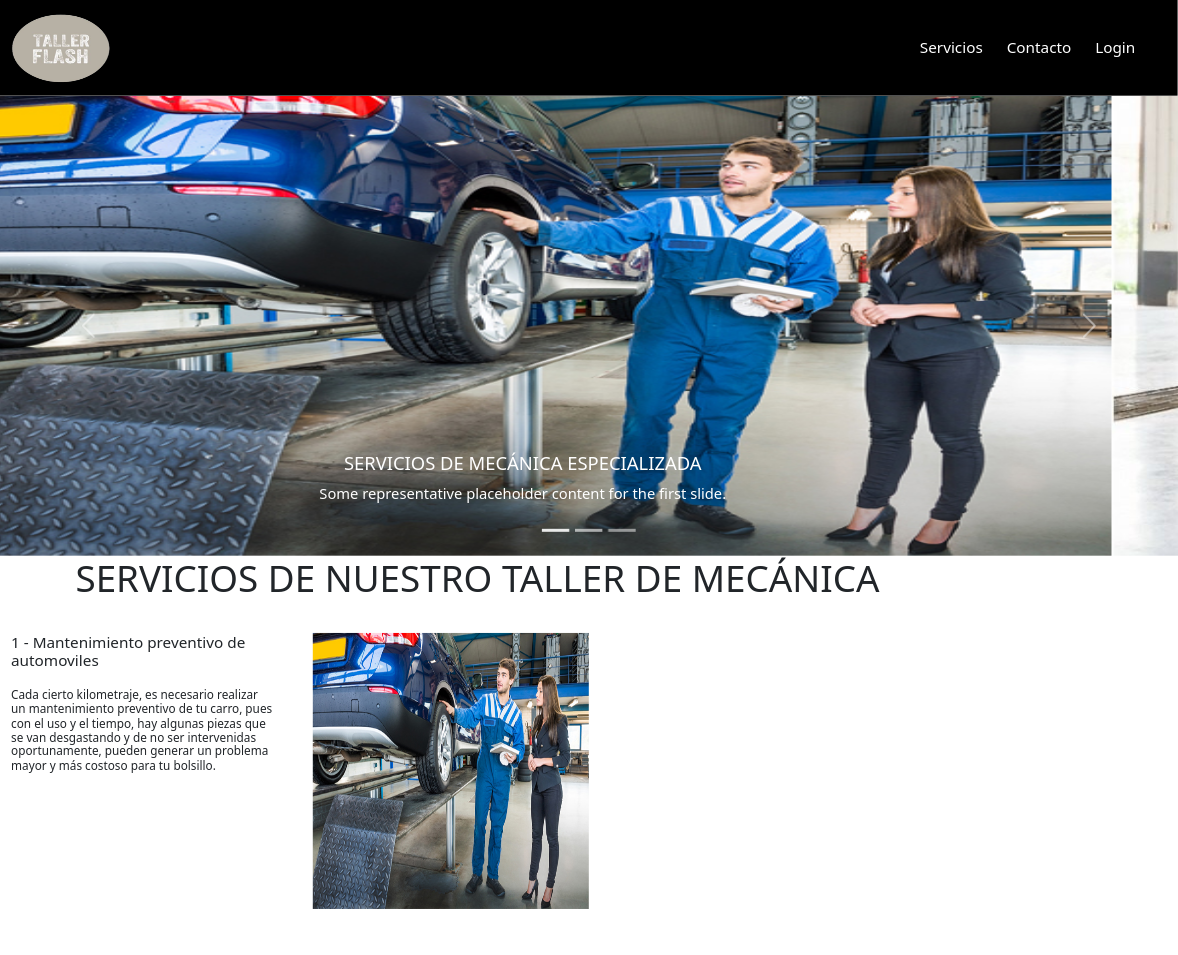
Repository: nder1996/Boostrap.Taller.Arquitectura
Page: Index.html
An editor plug-in stored every save of this project. The page is shown before and after a run of saves, followed by the edit.
The browser window is 1280 px wide. The pictures show the whole page, at 92% of full size.

Above is the page before, as saved 2021-07-23 06:37:01.

### Index.html
<!DOCTYPE html>
<html lang="en">

<head>
	<meta charset="UTF-8">
	<meta name="viewport" content="width=device-width, initial-scale=1.0">
	<link rel="shortcut icon" href="img/Logo.png">
	<link href="https://cdn.jsdelivr.net/npm/bootstrap@5.0.2/dist/css/bootstrap.min.css" rel="stylesheet"
		integrity="sha384-EVSTQN3/azprG1Anm3QDgpJLIm9Nao0Yz1ztcQTwFspd3yD65VohhpuuCOmLASjC" crossorigin="anonymous">
	<link rel="stylesheet" href="https://cdnjs.cloudflare.com/ajax/libs/font-awesome/5.15.3/css/all.min.css"
		integrity="sha512-iBBXm8fW90+nuLcSKlbmrPcLa0OT92xO1BIsZ+ywDWZCvqsWgccV3gFoRBv0z+8dLJgyAHIhR35VZc2oM/gI1w=="
		crossorigin="anonymous" referrerpolicy="no-referrer" />
	<link rel="stylesheet" href="css/style.css">
	<title>Taller Automotriz</title>
</head>

<body>

	<nav class="navbar navbar-expand-lg navbar-light">
		<div class="container-fluid">
			<a class="navbar-brand" href="#"><img src="img/Logo.png" alt="" style='width: 110px; height: 78px;'></a>
			<button class="navbar-toggler" type="button" data-bs-toggle="collapse" data-bs-target="#navbarNav"
				aria-controls="navbarNav" aria-expanded="false" aria-label="Toggle navigation">
				<span class="navbar-toggler-icon"></span>
			</button>
			<div class="collapse navbar-collapse" id="navbarNav">
				<ul class="navbar-nav ms-auto">
					<li class="nav-item">
						<a class="nav-link active" aria-current="page" href="#">Servicios</a>
					</li>
					<li class="nav-item">
						<a class="nav-link" href="#">Contacto</a>
					</li>
					<li class="nav-item">
						<a class="nav-link" href="#">Login</a>
					</li>
				</ul>
			</div>
		</div>
	</nav>
	<div id="carouselExampleCaptions" class="carousel slide" data-bs-ride="carousel">
		<div class="carousel-indicators">
			<button type="button" data-bs-target="#carouselExampleCaptions" data-bs-slide-to="0" class="active"
				aria-current="true" aria-label="Slide 1"></button>
			<button type="button" data-bs-target="#carouselExampleCaptions" data-bs-slide-to="1"
				aria-label="Slide 2"></button>
			<button type="button" data-bs-target="#carouselExampleCaptions" data-bs-slide-to="2"
				aria-label="Slide 3"></button>
		</div>
		<div class="carousel-inner">
			<div class="carousel-item active">
				<img src="img/Mantenimiento_1.jpg" class="d-block w-100" alt="...">
				<div class="carousel-caption d-none d-md-block">
					<h5>SERVICIOS DE MECÁNICA
						ESPECIALIZADA</h5>
					<p>Some representative placeholder content for the first slide.</p>
				</div>
			</div>
			<div class="carousel-item">
				<img src="img/Mantenimiento_3.png" class="d-block w-100" alt="...">
				<div class="carousel-caption d-none d-md-block">
					<h5>SERVICIOS DE MECÁNICA
						ESPECIALIZADA</h5>
					<p>Some representative placeholder content for the second slide.</p>
				</div>
			</div>
			<div class="carousel-item">
				<img src="img/Mantenimiento_2.png" class="d-block w-100" alt="...">
				<div class="carousel-caption d-none d-md-block">
					<h5>Third slide label</h5>
					<p>Some representative placeholder content for the third slide.</p>
				</div>
			</div>
		</div>
		<button class="carousel-control-prev" type="button" data-bs-target="#carouselExampleCaptions"
			data-bs-slide="prev">
			<span class="carousel-control-prev-icon" aria-hidden="true"></span>
			<span class="visually-hidden">Previous</span>
		</button>
		<button class="carousel-control-next" type="button" data-bs-target="#carouselExampleCaptions"
			data-bs-slide="next">
			<span class="carousel-control-next-icon" aria-hidden="true"></span>
			<span class="visually-hidden">Next</span>
		</button>
	</div>
	<div class="container-sm">
		<h1>SERVICIOS DE NUESTRO TALLER DE MECÁNICA</h1>
		<p>

		</p>
	</div>

	<div class="Servicios container-fluid">
		<div class="Servicio" id="Servicio_1">
			<br> <br>
				<h1>1 - Mantenimiento preventivo de automoviles <br> <br>
					<p>
						Cada cierto kilometraje, es necesario realizar un mantenimiento preventivo de tu carro, pues con
						el uso
						y el tiempo, hay algunas piezas que se van desgastando y de no ser intervenidas oportunamente,
						pueden
						generar un problema mayor y más costoso para tu bolsillo.
					</p>
				</h1>
				<br>
				<img src="img/Mantenimiento_1.jpg" alt="" width="300px" height="300px">



	<!--	<button>Más Información</button>
-->



		</div>


	</div>
	<!--
		<div><img src="img/Mantenimiento_2.png" alt="" width="300px" height="300px"></div>
		<div><img src="img/Mantenimiento_3.png" alt="" width="300px" height="300px"></div>
		<div><img src="img/Mantenimiento_4.png" alt="" width="300px" height="300px"></div>
		-->











	<script src="https://cdn.jsdelivr.net/npm/bootstrap@5.0.2/dist/js/bootstrap.bundle.min.js"
		integrity="sha384-MrcW6ZMFYlzcLA8Nl+NtUVF0sA7MsXsP1UyJoMp4YLEuNSfAP+JcXn/tWtIaxVXM" crossorigin="anonymous">
	</script>
	<script src="https://cdnjs.cloudflare.com/ajax/libs/jquery/3.6.0/jquery.min.js"
		integrity="sha512-894YE6QWD5I59HgZOGReFYm4dnWc1Qt5NtvYSaNcOP+u1T9qYdvdihz0PPSiiqn/+/3e7Jo4EaG7TubfWGUrMQ=="
		crossorigin="anonymous" referrerpolicy="no-referrer"></script>
</body>

</html>

### css/style.css
nav{
    background-color: black !important;
}

nav li{
    position:relative;
    margin-left: 10px;
    left:-10%;
}

nav li a{
    color:white !important;
    font-size: 1.3vw;
}

.carousel-inner{
    position:relative;
    width: 100%;
    height: 500px;
}

.carousel-item img{
    position:relative;
    width: 100%;
    height: 500px;
}

.Servicios{
    position:relative;

}

.Servicios .Servicio{
    position:relative;
    display: flex;
    width: 50%;
    height: 350px;
    top:20px
}

.Servicios div h1{
    position:relative;
    text-align: left;
    font-size: 1.3vw;
    width: 60%;

}

.Servicios div p{
    position:relative;
    font-size: 1vw;
    width: 87%;
}

After the next 2 saves:
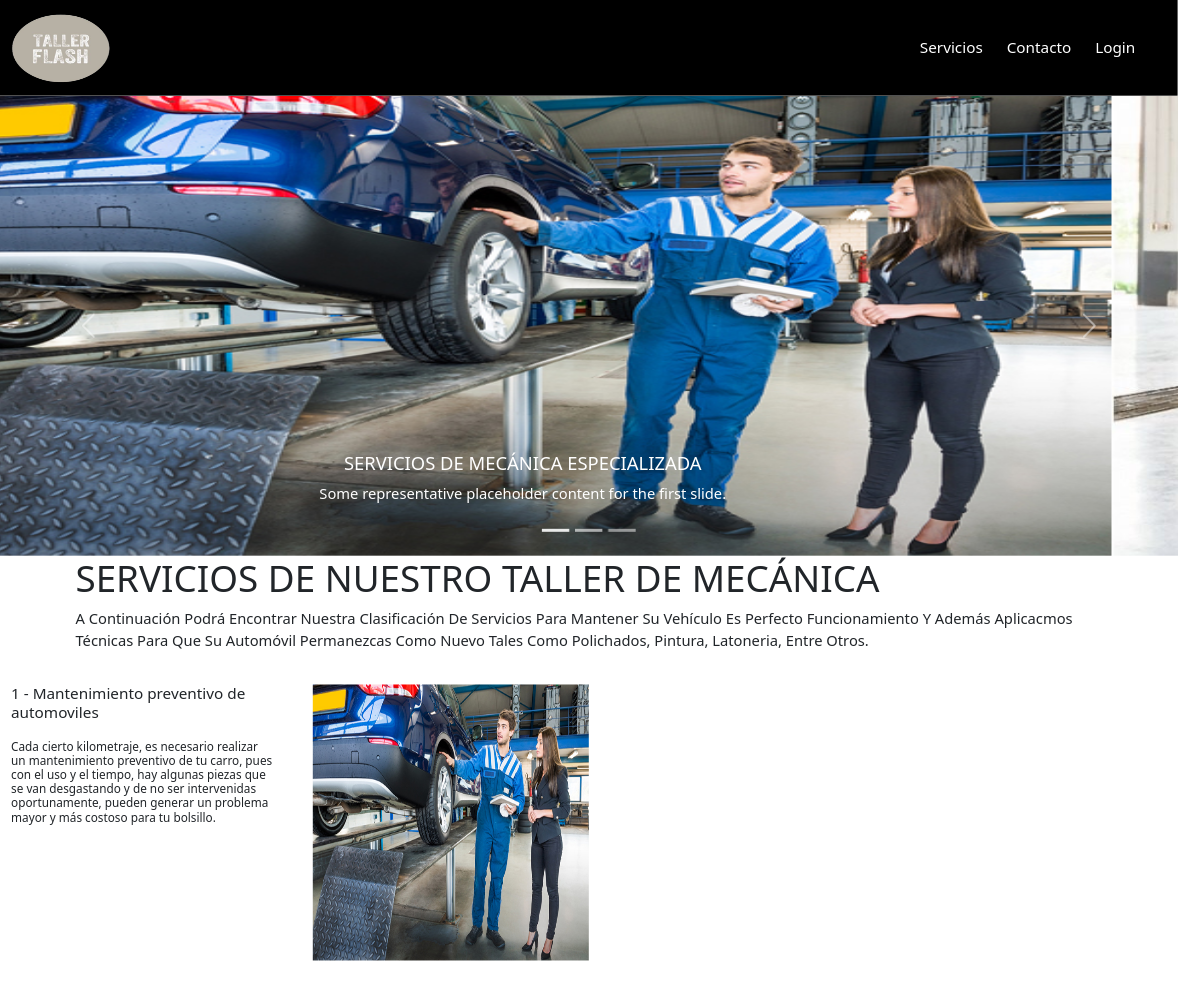
The 2 saves are shown as one change because they came seconds apart.
The last was saved 8 s later.
--- a/Index.html
+++ b/Index.html
@@ -86,28 +86,30 @@
 	<div class="container-sm">
 		<h1>SERVICIOS DE NUESTRO TALLER DE MECÁNICA</h1>
 		<p>
-
+			A Continuación Podrá Encontrar Nuestra Clasificación De Servicios Para Mantener Su Vehículo Es Perfecto
+			Funcionamiento Y Además Aplicacmos Técnicas Para Que Su Automóvil Permanezcas Como Nuevo Tales Como
+			Polichados, Pintura, Latoneria, Entre Otros.
 		</p>
 	</div>
 
 	<div class="Servicios container-fluid">
 		<div class="Servicio" id="Servicio_1">
 			<br> <br>
-				<h1>1 - Mantenimiento preventivo de automoviles <br> <br>
-					<p>
-						Cada cierto kilometraje, es necesario realizar un mantenimiento preventivo de tu carro, pues con
-						el uso
-						y el tiempo, hay algunas piezas que se van desgastando y de no ser intervenidas oportunamente,
-						pueden
-						generar un problema mayor y más costoso para tu bolsillo.
-					</p>
-				</h1>
-				<br>
-				<img src="img/Mantenimiento_1.jpg" alt="" width="300px" height="300px">
+			<h1>1 - Mantenimiento preventivo de automoviles <br> <br>
+				<p>
+					Cada cierto kilometraje, es necesario realizar un mantenimiento preventivo de tu carro, pues con
+					el uso
+					y el tiempo, hay algunas piezas que se van desgastando y de no ser intervenidas oportunamente,
+					pueden
+					generar un problema mayor y más costoso para tu bolsillo.
+				</p>
+			</h1>
+			<br>
+			<img src="img/Mantenimiento_1.jpg" alt="" width="300px" height="300px">
 
 
 
-	<!--	<button>Más Información</button>
+			<!--	<button>Más Información</button>
 -->
 
 
